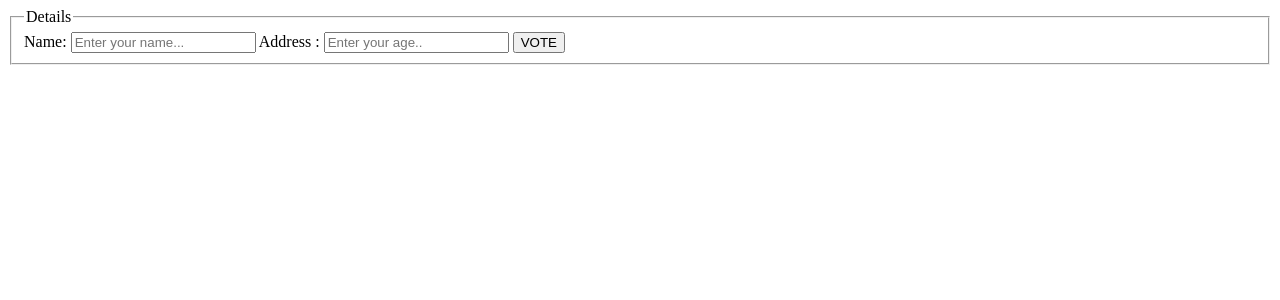
Repository: Sunnyguptha/SERVLET-ADV-JAVA
Page: VotServer/src/main/webapp/form.html
The author's editor kept a copy of each file at every save. The page is drawn from the files as they stood at one save, then again after the next save.
The browser window is 1280 px wide. The pictures show the whole page.

Above is the page before, as saved 2025-04-26 11:25:49.

After the next save:
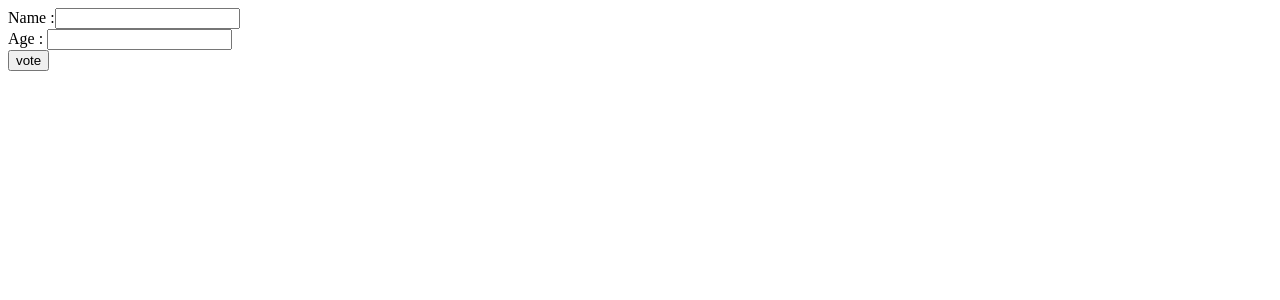
Saved 36 s later.
--- a/VotServer/src/main/webapp/form.html
+++ b/VotServer/src/main/webapp/form.html
@@ -1,34 +1,5 @@
-
-<html>
-
-<body>
-
-	<form>
-		<fieldset>
-			<legend>Details</legend>
-
-			<tr>
-
-				<td><label>Name:</label></td>
-
-				<td><input type="text" name="t1"
-					placeholder="Enter your name..." /></td>
-			</tr>
-
-			<tr>
-				<td><label>Address :</label></td>
-
-				<td><input type="number" name="t2"
-					placeholder="Enter your age.." /></td>
-
-			</tr>
-
-			<tr>
-
-				<td><input type="submit" value="VOTE" /></td>
-
-			</tr>
-		</fieldset>
-	</form>
-</body>
-</html>
+<form action="test" method="GET">
+	Name :<input type="text" name="t1"/> <br>
+	Age : <input type="text" name="t2"/> <br>
+	<input type="submit" value="vote"/>
+</form>
